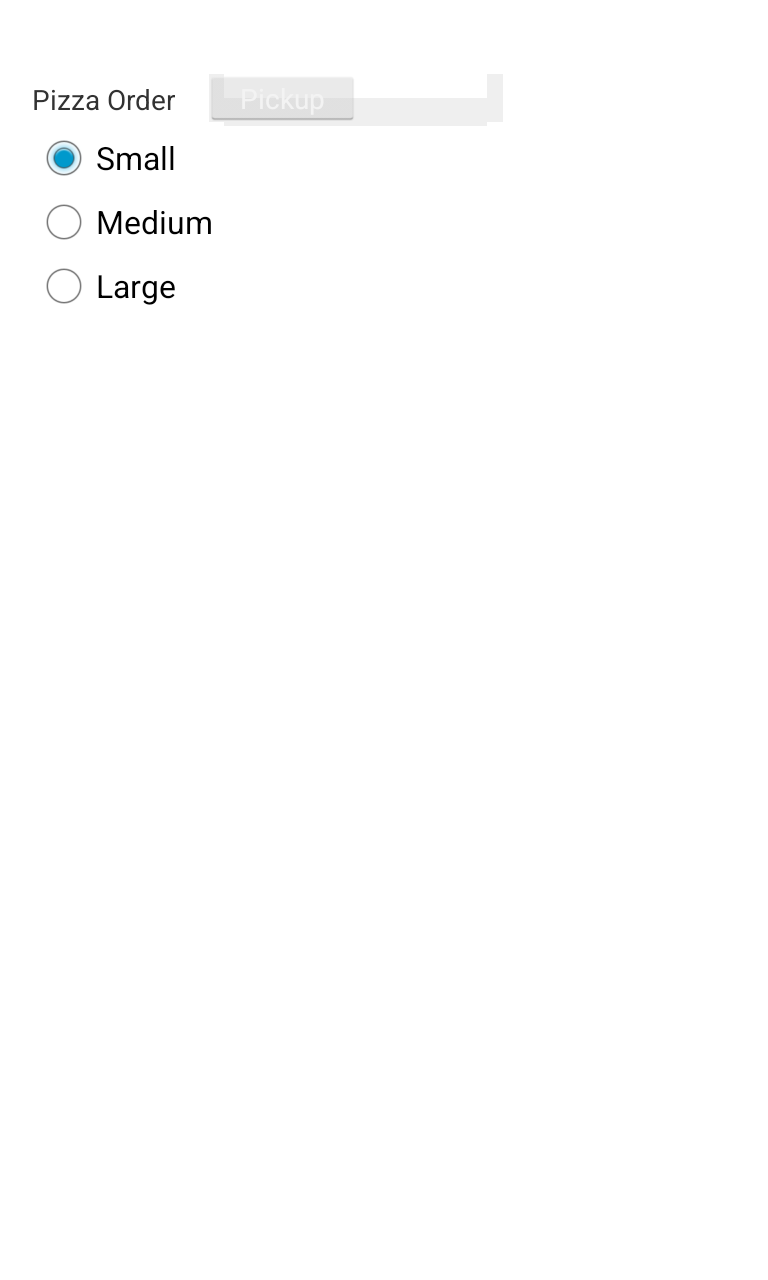
Repository: ericMedeiros93/Android-Dev
Layout: PizzaOrdering/res/layout/activity_main.xml
An editor plug-in stored every save of this project. The layout is shown before and after the next save, followed by the edit.
It is drawn on a 768 x 1280 px phone screen (xhdpi) without system bars, with theme AppTheme; the app's code is not run.

Above is the layout before, as saved 2014-09-17 16:20:17.

After the next save:
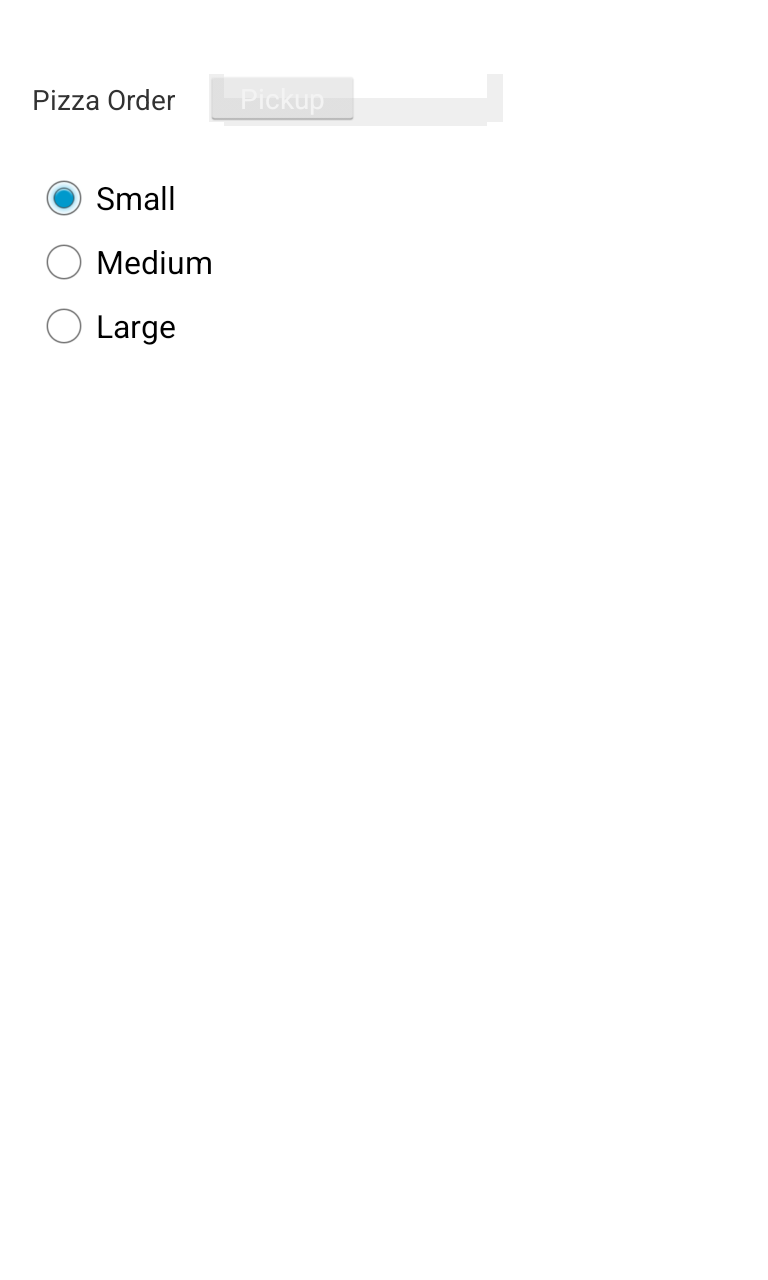
Saved 14 s later.
--- a/PizzaOrdering/res/layout/activity_main.xml
+++ b/PizzaOrdering/res/layout/activity_main.xml
@@ -36,6 +36,7 @@
     <LinearLayout
         android:layout_width="match_parent"
         android:layout_height="wrap_content"
+        android:layout_marginTop="20dp"
         android:orientation="horizontal" >
 
         <RadioGroup
